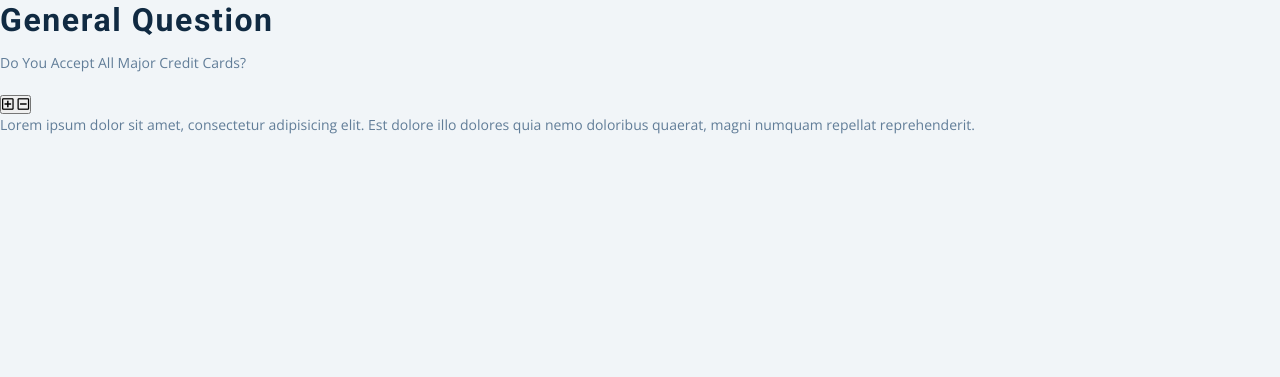
Repository: OmniaRafat232111121/projects-js
Page: questions/index.html
An editor plug-in stored every save of this project. The page is shown before and after the next save, followed by the edit.
The browser window is 1280 px wide. The pictures show the whole page.
Some web libraries are served in a nearby version.

Above is the page before, as saved 2023-01-02 22:08:20.

After the next save:
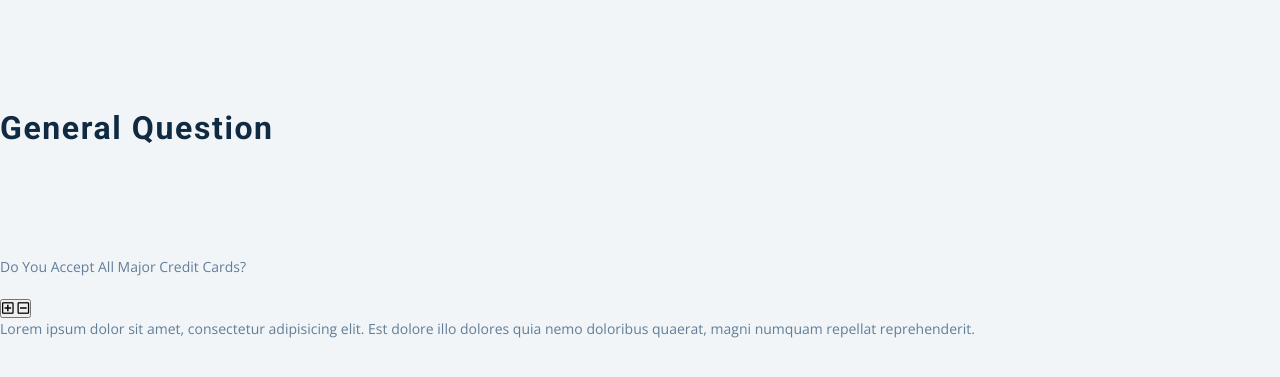
Saved 4 s later.
--- a/questions/style.css
+++ b/questions/style.css
@@ -125,5 +125,5 @@ color:#fff;
 }
 
 .question{
-  margin
+  margin-top: 15vh;
 }
